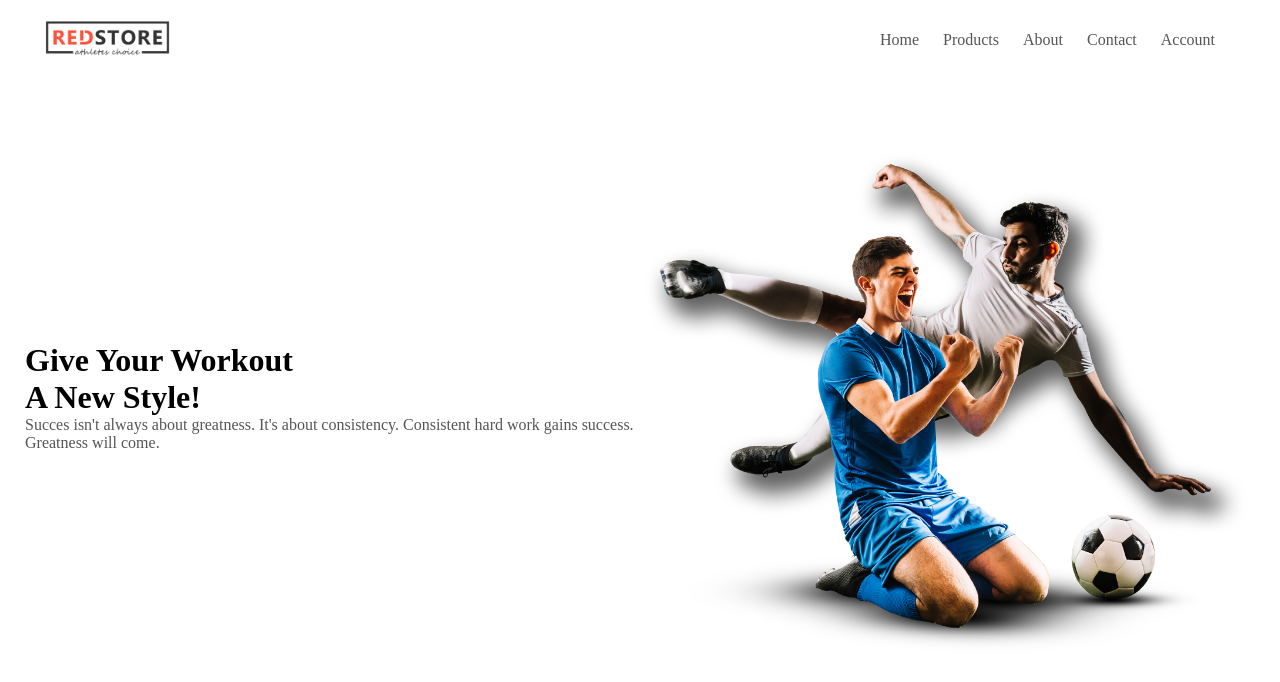
Repository: datvu1608/redsportstore
Page: index.html
The author's editor kept a copy of each file at every save. The page is drawn from the files as they stood at one save, then again after a run of saves.
The browser window is 1280 px wide. The pictures show the whole page.

Above is the page before, as saved 2023-11-21 14:40:02.

### index.html
<!DOCTYPE html>
<html lang="en">
  <head>
    <meta charset="UTF-8" />
    <meta name="viewport" content="width=device-width, initial-scale=1.0" />
    <title>Restore | Ecommerce Website Design</title>
    <link rel="stylesheet" href="./styles.css" />
  </head>
  <body>
    <div class="container">
      <div class="navbar">
        <div class="logo">
          <img src="./images/logo.png" alt="" width="125px" />
        </div>
        <nav>
          <ul>
            <li>
              <a href="#">Home</a>
            </li>
            <li>
              <a href="#">Products</a>
            </li>
            <li>
              <a href="#">About</a>
            </li>
            <li>
              <a href="#">Contact</a>
            </li>
            <li>
              <a href="#">Account</a>
            </li>
          </ul>
        </nav>
      </div>
      <div class="row">
        <div class="col-2">
          <h1>Give Your Workout <br />A New Style!</h1>
          <p>
            Succes isn't always about greatness. It's about consistency.
            Consistent hard work gains success. Greatness will come.
          </p>
        </div>
        <div class="col-2">
          <img src="./images/image1.png" alt="" />
        </div>
      </div>
    </div>
  </body>
</html>

### styles.css
* {
  margin: 0;
  padding: 0;
  box-sizing: border-box;
}
.navbar {
  display: flex;
  align-items: center;
  padding: 20px;
}
nav {
  flex: 1;
  text-align: right;
}
nav ul {
  display: inline-block;
  list-style-type: none;
}
nav ul li {
  display: inline-block;
  margin-right: 20px;
}
nav ul li a {
  text-decoration: none;
  color: #555;
}

p {
  color: #555;
}
.container {
  max-width: 1300px;
  margin: auto;
  padding-left: 25px;
  padding-right: 25px;
}
.row {
  display: flex;
  align-items: center;
  flex-wrap: wrap;
  justify-content: space-around;
}
.col-2 {
  flex-basis: 50%;
  min-width: 300px;
}
.col-2 img {
  max-width: 100%;
  padding: 50px 0;
}

After the next 2 saves:
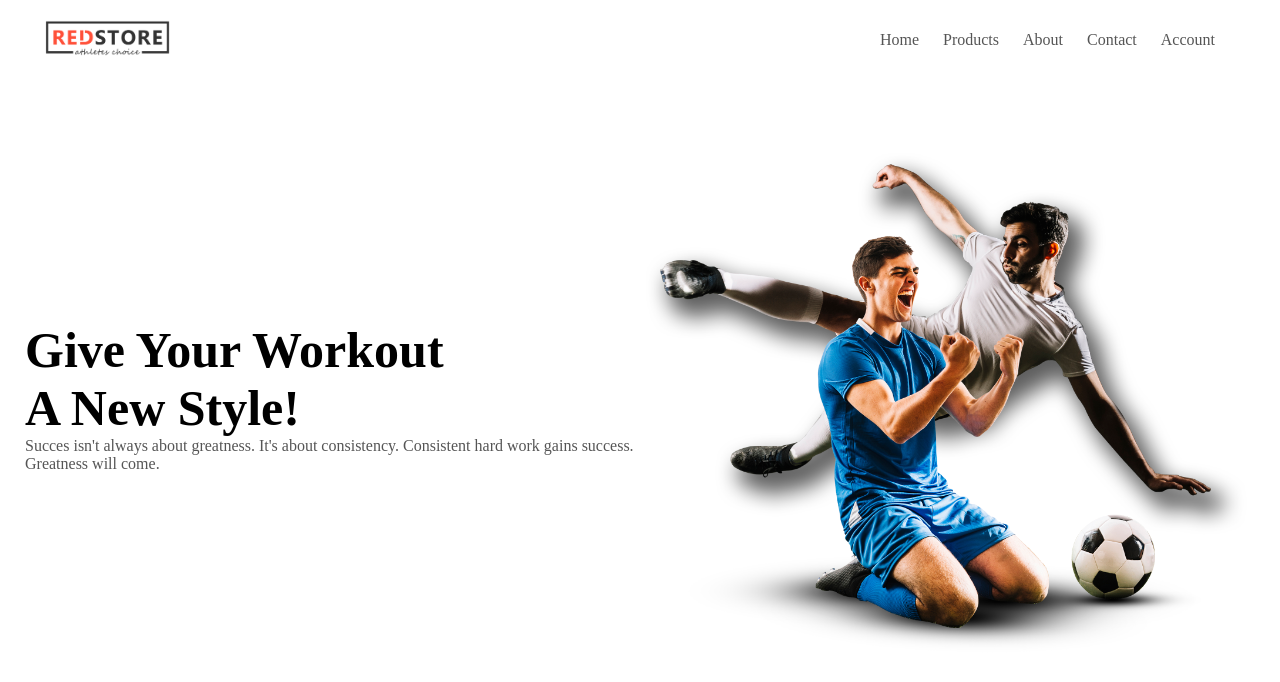
The 2 saves are shown as one change because they came seconds apart.
The last was saved 14 s later.
--- a/styles.css
+++ b/styles.css
@@ -48,3 +48,6 @@
   max-width: 100%;
   padding: 50px 0;
 }
+.col-2 h1 {
+  font-size: 50px;
+}
